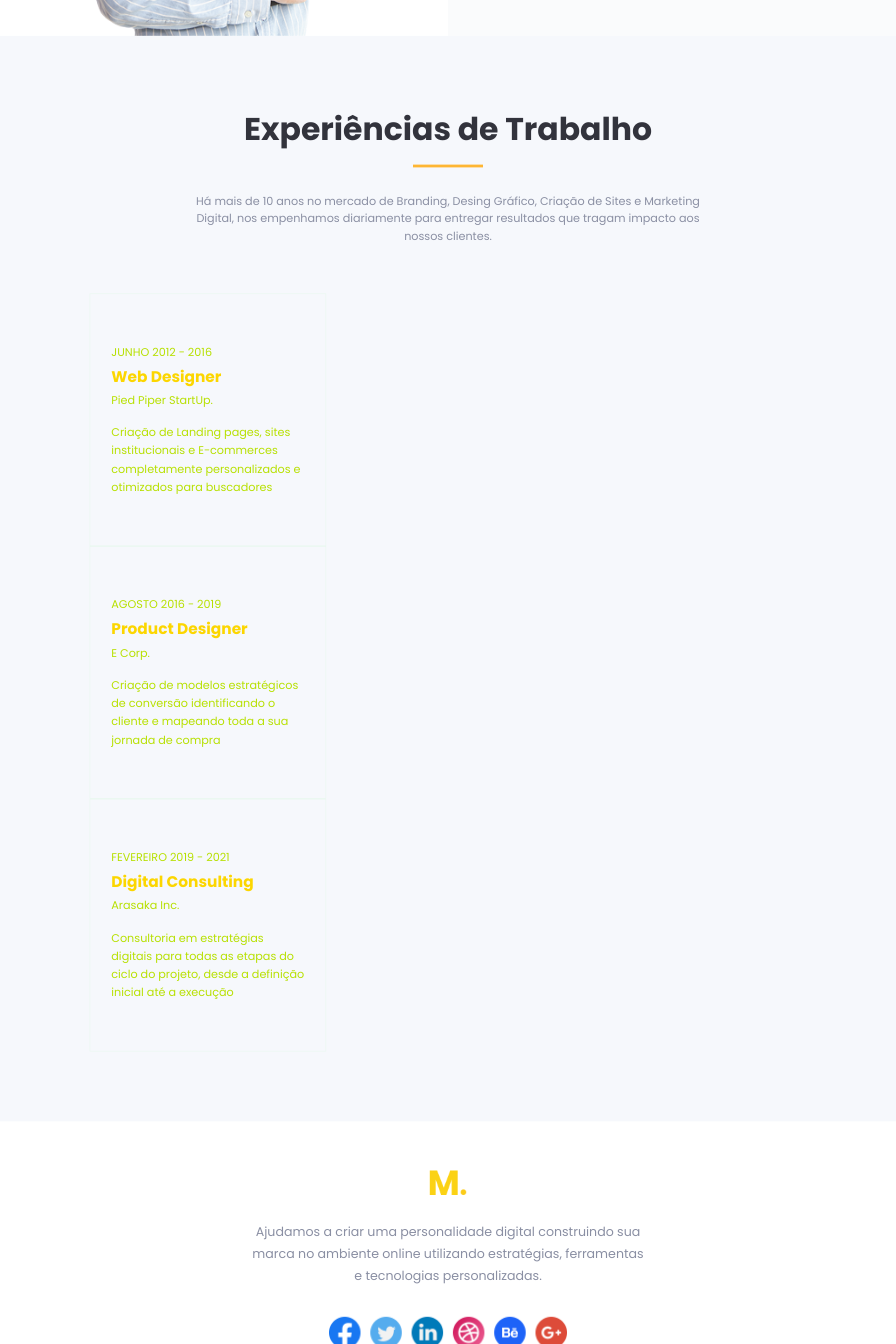
Repository: Daniells642/agencia-digital
Page: /
The author's editor kept a copy of each file at every save. The page is drawn from the files as they stood at one save, then again after the next save.
The browser window is 1280 px wide. The pictures show the part of the page from y = 633 to 2553 px (the page is 2677 px tall), at 70% of full size.
The project was rebuilt for these pictures with package versions that can differ from the ones it lists, and the page was loaded fresh each time.

Above is the page before, as saved 2022-12-02 22:25:26.

After the next save:
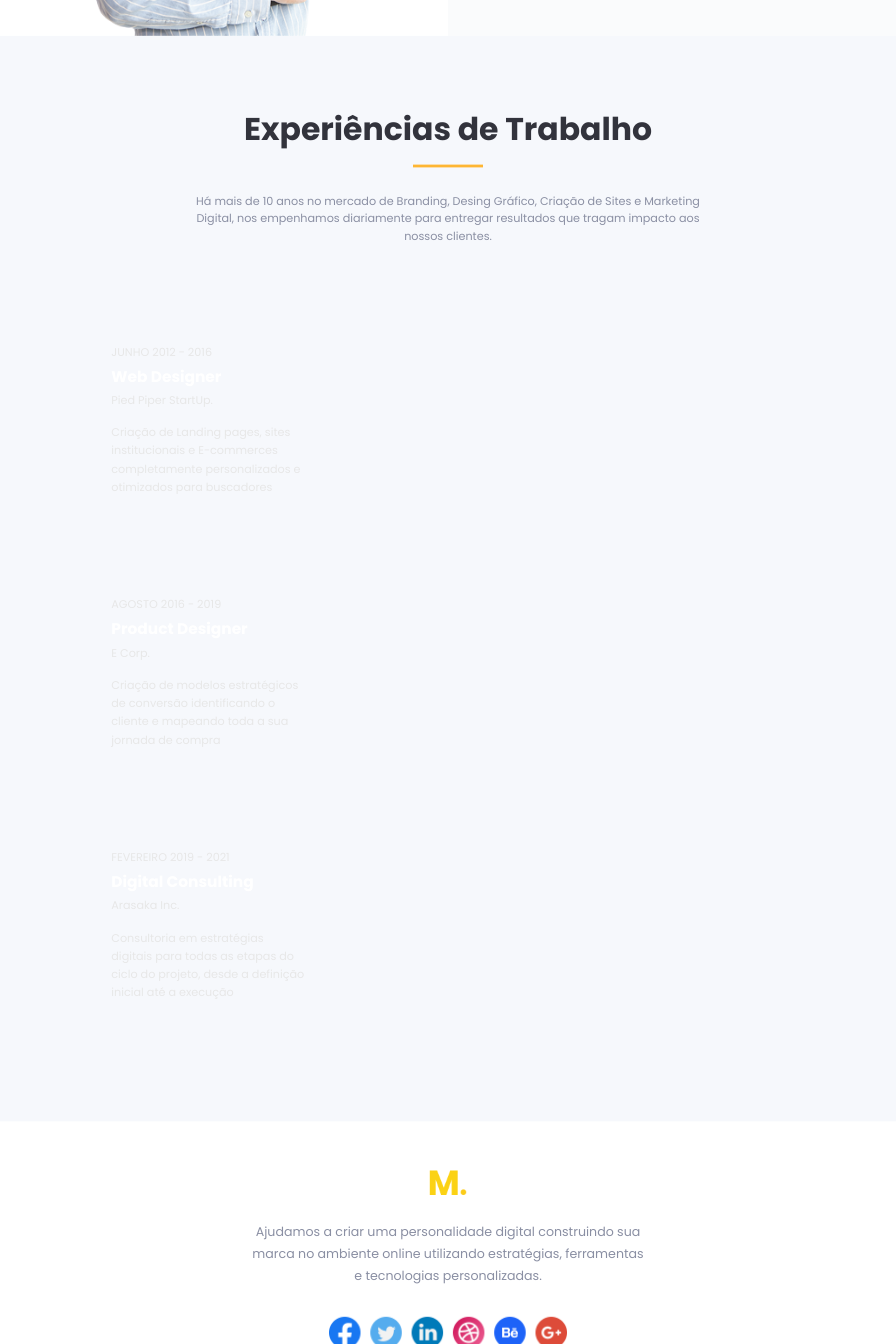
Saved 31 s later.
--- a/src/componentes/Card/style.css
+++ b/src/componentes/Card/style.css
@@ -50,13 +50,13 @@
 
 /*modo escuro*/
   .card-modo-escuro {
-    border: 1px solid #1af5060d;
+    border: 1px solid #ffffff0d;
   }
 
   .card-modo-escuro h4{
-    color: #fcd600;
+    color: #ffffff;
   }
 
   .card-modo-escuro p {
-    color: #b7e000;
+    color: #e7e7e7;
   }
